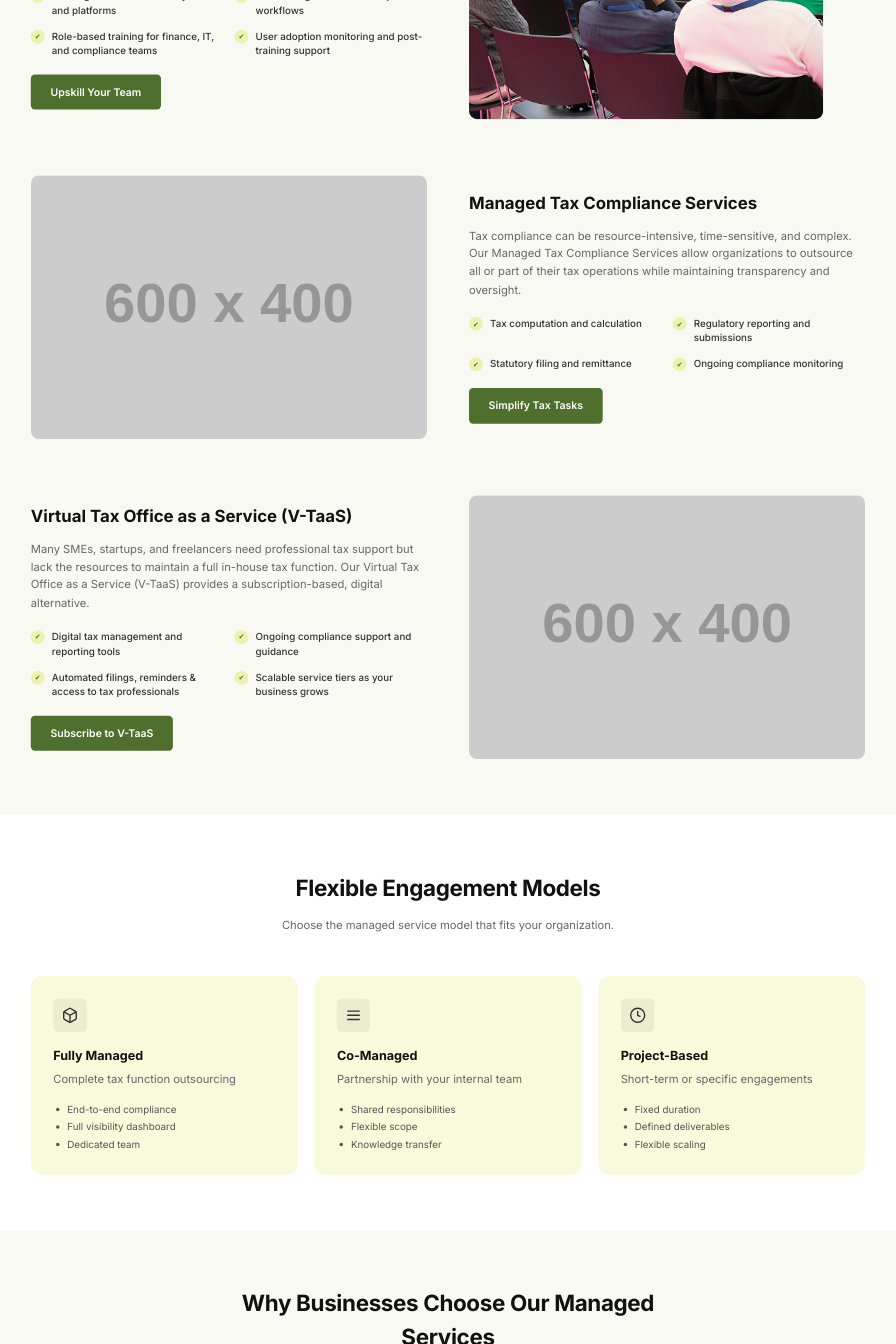
Repository: Opawumi/work_merate
Page: managed.html
The author's editor kept a copy of each file at every save. The page is drawn from the files as they stood at one save, then again after a run of saves.
The browser window is 1280 px wide. The pictures show the part of the page from y = 1759 to 3679 px (the page is 5386 px tall before and 5424 px after), at 70% of full size.

Above is the page before, as saved 2026-02-02 11:42:46.

### managed.html
<!DOCTYPE html>
<html lang="en">
<head>
    <meta charset="UTF-8">
    <meta name="viewport" content="width=device-width, initial-scale=1.0">
    <title>Managed Services - WorkMerate</title>
    <link rel="stylesheet" href="managed.css">
    <link rel="preconnect" href="https://fonts.googleapis.com">
    <link rel="preconnect" href="https://fonts.gstatic.com" crossorigin>
    <link href="https://fonts.googleapis.com/css2?family=Inter:wght@400;500;600;700;800&display=swap" rel="stylesheet">
</head>
<body>

    <nav class="navbar">
        <div class="container nav-wrapper">
            <a href="#" class="logo">
                W<span class="bag-icon"></span>rkMerate
            </a>

            <ul class="nav-menu">
                <li><a href="#" class="nav-link">Agentic AI</a></li>
                <li>
                    <a href="#" class="nav-link active">
                        Services
                        <svg class="chevron" viewBox="0 0 24 24" fill="none" stroke="currentColor" stroke-width="2" stroke-linecap="round" stroke-linejoin="round"><polyline points="6 9 12 15 18 9"></polyline></svg>
                    </a>
                </li>
                <li>
                    <a href="#" class="nav-link">
                        Modules
                        <svg class="chevron" viewBox="0 0 24 24" fill="none" stroke="currentColor" stroke-width="2" stroke-linecap="round" stroke-linejoin="round"><polyline points="6 9 12 15 18 9"></polyline></svg>
                    </a>
                </li>
                <li><a href="#" class="nav-link">Pricing</a></li>
                <li>
                    <a href="#" class="nav-link">
                        Resources
                        <svg class="chevron" viewBox="0 0 24 24" fill="none" stroke="currentColor" stroke-width="2" stroke-linecap="round" stroke-linejoin="round"><polyline points="6 9 12 15 18 9"></polyline></svg>
                    </a>
                </li>
                <li><a href="#" class="nav-link">About us</a></li>
            </ul>

            <div class="nav-actions">
                <a href="#" class="login-link">Login</a>
                <a href="#" class="btn-nav">Try it Free</a>
            </div>
        </div>
    </nav>

    <section class="hero-section">
        <div class="hero-bg-pattern"></div>

        <div class="container hero-container">

            <div class="hero-content">
                <div class="breadcrumbs">
                    <span class="crumb-gray">Services</span>
                    <svg class="crumb-arrow" viewBox="0 0 24 24"><path d="M10 6L8.59 7.41 13.17 12l-4.58 4.59L10 18l6-6z"/></svg>
                    <span class="crumb-current">Managed Services</span>
                </div>

                <h1>Empower Your Teams.<br>Outsource With Confidence.<br>Scale Without Friction.</h1>

                <p class="hero-description">
                    Sustainable tax compliance requires more than systems and strategies, it requires
                    people who understand the tools, processes that scale, and support that adapts as
                    your business grows.
                </p>

                <div class="hero-buttons">
                    <a href="#" class="btn-hero-primary">Talk to Our Team</a>
                    <a href="#" class="btn-hero-secondary">Explore Service Options</a>
                </div>
            </div>

            <div class="hero-image-wrapper">
                <img src="./assets/managed-main.png" alt="Team working together with sticky notes">
            </div>

        </div>
    </section>

    <section class="section-padding bg-white">
        <div class="container">
            <div class="section-header">
                <h2>What We Do</h2>
                <p>Flexible services designed to complement your internal team or act as your tax function entirely.</p>
            </div>
            <div class="grid-3">
                <div class="card-outline">
                    <div class="icon-box-lime"><svg viewBox="0 0 24 24" fill="none" stroke="currentColor" stroke-width="2"><path d="M22 10v6M2 10l10-5 10 5-10 5z"></path><path d="M6 12v5c3 3 9 3 12 0v-5"></path></svg></div>
                    <h3>Build Internal Capabilities</h3>
                    <p>Training and change management for tax technology adoption</p>
                </div>
                <div class="card-outline">
                    <div class="icon-box-lime"><svg viewBox="0 0 24 24" fill="none" stroke="currentColor" stroke-width="2"><rect x="2" y="7" width="20" height="14" rx="2" ry="2"></rect><path d="M16 21V5a2 2 0 0 0-2-2h-4a2 2 0 0 0-2 2v16"></path></svg></div>
                    <h3>Manage Tax Operations</h3>
                    <p>Full or partial outsourcing with complete visibility</p>
                </div>
                <div class="card-outline">
                    <div class="icon-box-lime"><svg viewBox="0 0 24 24" fill="none" stroke="currentColor" stroke-width="2"><path d="M18 10h-1.26A8 8 0 1 0 9 20h9a5 5 0 0 0 0-10z"></path></svg></div>
                    <h3>Digital Tax Office</h3>
                    <p>Subscription-based virtual tax services for growing businesses</p>
                </div>
            </div>
        </div>
    </section>

    <section class="section-padding bg-cream">
        <div class="container">
            <div class="section-header">
                <h2>Three powerful integration pathways</h2>
                <p>Choose the integration approach that matches your business model and technical requirements.</p>
            </div>

            <div class="pathway-row">
                <div class="pathway-text">
                    <h3>Tax Technology Training & Change Management</h3>
                    <p class="mb-6">Introducing automated tax systems without proper training can create confusion, resistance, and inefficiencies. Our Tax Technology Training & Change Management service ensures your teams understand, adopt, and confidently use automated tax and compliance workflows.</p>
                    <ul class="check-grid">
                        <li><span class="check-circle">✔</span> <span>Training on automated tax systems and platforms</span></li>
                        <li><span class="check-circle">✔</span> <span>Hands-on guidance for compliance workflows</span></li>
                        <li><span class="check-circle">✔</span> <span>Role-based training for finance, IT, and compliance teams</span></li>
                        <li><span class="check-circle">✔</span> <span>User adoption monitoring and post-training support</span></li>
                    </ul>
                    <a href="#" class="btn-dark mt-6">Upskill Your Team</a>
                </div>
                <div class="pathway-img">
                    <img src="./assets/managed-one.png" alt="Training session">
                </div>
            </div>

            <div class="pathway-row reverse">
                <div class="pathway-text">
                    <h3>Managed Tax Compliance Services</h3>
                    <p class="mb-6">Tax compliance can be resource-intensive, time-sensitive, and complex. Our Managed Tax Compliance Services allow organizations to outsource all or part of their tax operations while maintaining transparency and oversight.</p>
                    <ul class="check-grid">
                        <li><span class="check-circle">✔</span> <span>Tax computation and calculation</span></li>
                        <li><span class="check-circle">✔</span> <span>Regulatory reporting and submissions</span></li>
                        <li><span class="check-circle">✔</span> <span>Statutory filing and remittance</span></li>
                        <li><span class="check-circle">✔</span> <span>Ongoing compliance monitoring</span></li>
                    </ul>
                    <a href="#" class="btn-dark mt-6">Simplify Tax Tasks</a>
                </div>
                <div class="pathway-img">
                     <img src="https://placehold.co/600x400/eeeeee/999999?text=Tax+Compliance" alt="Tax compliance">
                </div>
            </div>

            <div class="pathway-row">
                <div class="pathway-text">
                    <h3>Virtual Tax Office as a Service (V-TaaS)</h3>
                    <p class="mb-6">Many SMEs, startups, and freelancers need professional tax support but lack the resources to maintain a full in-house tax function. Our Virtual Tax Office as a Service (V-TaaS) provides a subscription-based, digital alternative.</p>
                    <ul class="check-grid">
                        <li><span class="check-circle">✔</span> <span>Digital tax management and reporting tools</span></li>
                        <li><span class="check-circle">✔</span> <span>Ongoing compliance support and guidance</span></li>
                        <li><span class="check-circle">✔</span> <span>Automated filings, reminders & access to tax professionals</span></li>
                        <li><span class="check-circle">✔</span> <span>Scalable service tiers as your business grows</span></li>
                    </ul>
                    <a href="#" class="btn-dark mt-6">Subscribe to V-TaaS</a>
                </div>
                <div class="pathway-img">
                     <img src="https://placehold.co/600x400/eeeeee/999999?text=Virtual+Office" alt="Woman working on laptop">
                </div>
            </div>
        </div>
    </section>

    <section class="section-padding bg-white">
        <div class="container">
            <div class="section-header">
                <h2>Flexible Engagement Models</h2>
                <p>Choose the managed service model that fits your organization.</p>
            </div>
            <div class="grid-3">
                <div class="card-yellow">
                    <div class="icon-box-trans"><svg viewBox="0 0 24 24" fill="none" stroke="currentColor" stroke-width="2"><path d="M21 16V8a2 2 0 0 0-1-1.73l-7-4a2 2 0 0 0-2 0l-7 4A2 2 0 0 0 3 8v8a2 2 0 0 0 1 1.73l7 4a2 2 0 0 0 2 0l7-4A2 2 0 0 0 21 16z"></path><polyline points="3.27 6.96 12 12.01 20.73 6.96"></polyline><line x1="12" y1="22.08" x2="12" y2="12"></line></svg></div>
                    <h3>Fully Managed</h3>
                    <p>Complete tax function outsourcing</p>
                    <ul class="bullet-list">
                        <li>End-to-end compliance</li>
                        <li>Full visibility dashboard</li>
                        <li>Dedicated team</li>
                    </ul>
                </div>
                <div class="card-yellow">
                    <div class="icon-box-trans"><svg viewBox="0 0 24 24" fill="none" stroke="currentColor" stroke-width="2"><path d="M3 6h18"></path><path d="M3 12h18"></path><path d="M3 18h18"></path></svg></div>
                    <h3>Co-Managed</h3>
                    <p>Partnership with your internal team</p>
                    <ul class="bullet-list">
                        <li>Shared responsibilities</li>
                        <li>Flexible scope</li>
                        <li>Knowledge transfer</li>
                    </ul>
                </div>
                <div class="card-yellow">
                    <div class="icon-box-trans"><svg viewBox="0 0 24 24" fill="none" stroke="currentColor" stroke-width="2"><circle cx="12" cy="12" r="10"></circle><polyline points="12 6 12 12 16 14"></polyline></svg></div>
                    <h3>Project-Based</h3>
                    <p>Short-term or specific engagements</p>
                    <ul class="bullet-list">
                        <li>Fixed duration</li>
                        <li>Defined deliverables</li>
                        <li>Flexible scaling</li>
                    </ul>
                </div>
            </div>
        </div>
    </section>

    <section class="section-padding bg-cream">
        <div class="container">
            <div class="section-header">
                <h2>Why Businesses Choose Our Managed Services</h2>
                <p>Flexible. Scalable. People-Centric.</p>
            </div>
            <div class="grid-3">
                <div class="card-white">
                    <div class="icon-box-dark"><svg viewBox="0 0 24 24" fill="none" stroke="currentColor" stroke-width="2"><path d="M20 21v-2a4 4 0 0 0-4-4H8a4 4 0 0 0-4 4v2"></path><circle cx="12" cy="7" r="4"></circle></svg></div>
                    <h3>People-centric approach</h3>
                    <p>Focus on capability building, not just outsourcing</p>
                </div>
                <div class="card-white">
                    <div class="icon-box-dark"><svg viewBox="0 0 24 24" fill="none" stroke="currentColor" stroke-width="2"><rect x="4" y="4" width="16" height="16" rx="2" ry="2"></rect><rect x="9" y="9" width="6" height="6"></rect></svg></div>
                    <h3>Technology-enabled delivery</h3>
                    <p>Modern tools and digital workflows</p>
                </div>
                <div class="card-white">
                    <div class="icon-box-dark"><svg viewBox="0 0 24 24" fill="none" stroke="currentColor" stroke-width="2"><path d="M1 12s4-8 11-8 11 8 11 8-4 8-11 8-11-8-11-8z"></path><circle cx="12" cy="12" r="3"></circle></svg></div>
                    <h3>Full visibility</h3>
                    <p>Clear insight into all compliance activities</p>
                </div>
                <div class="card-white">
                    <div class="icon-box-dark"><svg viewBox="0 0 24 24" fill="none" stroke="currentColor" stroke-width="2"><polyline points="23 6 13.5 15.5 8.5 10.5 1 18"></polyline><polyline points="17 6 23 6 23 12"></polyline></svg></div>
                    <h3>Scalable models</h3>
                    <p>Services that grow with your business</p>
                </div>
                <div class="card-white">
                    <div class="icon-box-dark"><svg viewBox="0 0 24 24" fill="none" stroke="currentColor" stroke-width="2"><path d="M12 22s8-4 8-10V5l-8-3-8 3v7c0 6 8 10 8 10z"></path></svg></div>
                    <h3>Reduced risk</h3>
                    <p>Lower compliance stress and exposure</p>
                </div>
                <div class="card-white">
                    <div class="icon-box-dark"><svg viewBox="0 0 24 24" fill="none" stroke="currentColor" stroke-width="2"><path d="M12 2l3.09 6.26L22 9.27l-5 4.87 1.18 6.88L12 17.77l-6.18 3.25L7 14.14 2 9.27l6.91-1.01L12 2z"></path></svg></div>
                    <h3>Expert support</h3>
                    <p>Access to tax professionals on-demand</p>
                </div>
            </div>
        </div>
    </section>

    <section class="section-padding bg-white">
        <div class="container">
            <div class="cta-banner">
                <h2>Build Capacity Today. Scale With Confidence Tomorrow.</h2>
                <p>Whether you need to train your team, outsource tax operations, or adopt a virtual tax office, we provide the support structure your business needs to operate and grow compliantly.</p>
                <div class="cta-actions">
                    <a href="#" class="btn-dark">Talk to Managed Services Team</a>
                    <a href="#" class="btn-text-link">Explore All Options</a>
                </div>
            </div>
        </div>
    </section>

    <footer class="footer-section">
        <div class="container">
            <div class="footer-top">
                <div class="footer-brand">
                    <a href="#" class="logo">W<span class="bag-icon"></span>rkMerate</a>
                    <p class="tagline">Smart. Secure. Simplified.</p>
                    <div class="contact-details">
                        <p><strong>USA Customer Support:</strong><br>(+1) 256 441 3090</p>
                        <p><strong>NGA Customer Support:</strong><br>(+234) 907 713 7167</p>
                        <p><strong>Email:</strong><br>support@workmerate.ng.com</p>
                    </div>
                </div>
                <div class="footer-links-grid">
                    <div>
                        <h4>Services</h4>
                        <ul><li><a href="#">Tax Automation</a></li><li><a href="#">ERP Integration</a></li><li><a href="#">Regulatory Reporting</a></li></ul>
                    </div>
                    <div>
                        <h4>Modules</h4>
                        <ul><li><a href="#">Human Resources</a></li><li><a href="#">Financial Management</a></li><li><a href="#">Tax Management</a></li></ul>
                    </div>
                    <div>
                        <h4>Resources</h4>
                        <ul><li><a href="#">Compliance Loss</a></li><li><a href="#">State IRS</a></li><li><a href="#">Tax Laws</a></li></ul>
                    </div>
                    <div>
                        <h4>Other Links</h4>
                        <ul><li><a href="#">About Us</a></li><li><a href="#">Pricing</a></li><li><a href="#">Contact Us</a></li></ul>
                    </div>
                </div>
            </div>
            <hr>
            <div class="footer-newsletter">
                <div class="nl-text">
                    <h3>Subscribe to our newsletter</h3>
                    <p>Stay informed with the latest news, updates, and resources.</p>
                </div>
                <div class="nl-form">
                    <input type="email" placeholder="Enter your email">
                    <button class="btn-dark">Subscribe</button>
                </div>
            </div>
            <hr>
            <div class="footer-bottom">
                <p>&copy; 2025 WorkMerate - All rights reserved</p>
                <div class="badges">
                     <span style="color:#4F6F2F; font-weight:bold; letter-spacing:1px; font-size:18px;">NiTDA</span>
                </div>
            </div>
        </div>
    </footer>

</body>
</html>

Loaded but not shown: managed.css (375 lines, source omitted)

After the next 5 saves:
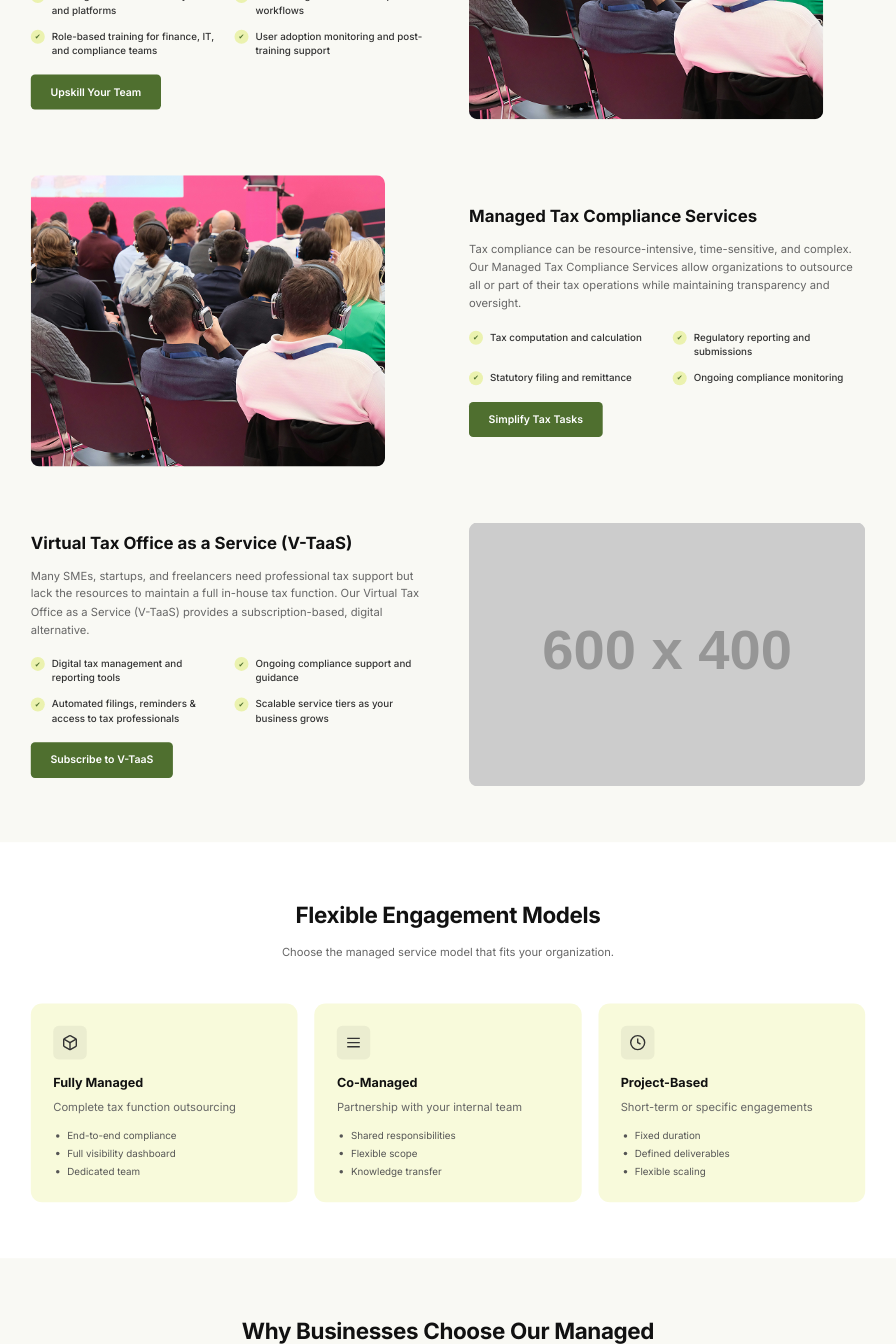
The 5 saves are shown as one change because they came seconds apart.
The last was saved 12 s later.
--- a/managed.html
+++ b/managed.html
@@ -144,7 +144,7 @@
                     <a href="#" class="btn-dark mt-6">Simplify Tax Tasks</a>
                 </div>
                 <div class="pathway-img">
-                     <img src="https://placehold.co/600x400/eeeeee/999999?text=Tax+Compliance" alt="Tax compliance">
+                     <img src="./assets/managed-one.png" alt="Tax compliance">
                 </div>
             </div>
 
